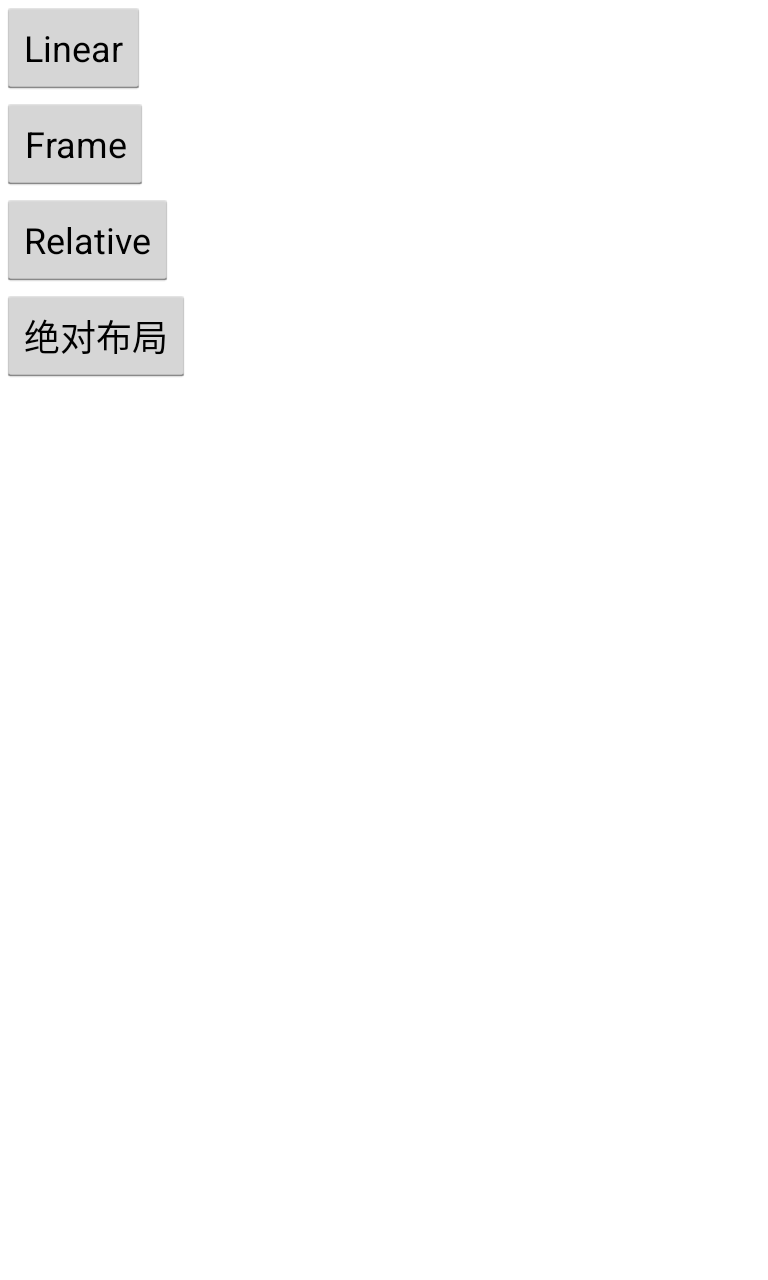
Repository: treizeor/android-examples
Layout: Ch003Layouts/res/layout/linearlayout_main.xml
These files come from the project's save history. The layout is drawn as it stood at one moment and after the next save; the edit follows.
It is drawn on a 768 x 1280 px phone screen (xhdpi) without system bars, with theme AppTheme; the app's code is not run.

Above is the layout before, as saved 2014-06-02 02:45:15.

After the next save:
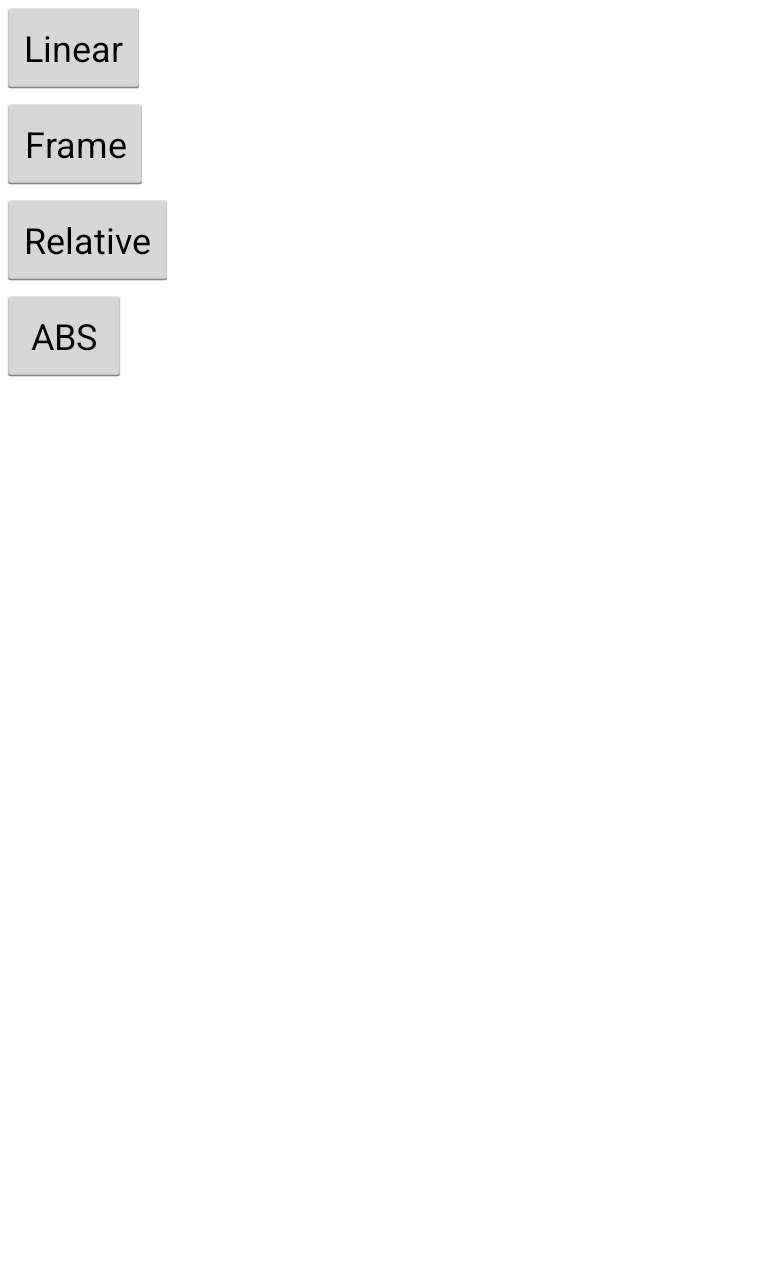
Saved 15 s later.
--- a/Ch003Layouts/res/layout/linearlayout_main.xml
+++ b/Ch003Layouts/res/layout/linearlayout_main.xml
@@ -26,6 +26,6 @@
         android:id="@+id/abs"
         android:layout_width="wrap_content"
         android:layout_height="wrap_content"
-        android:text="绝对布局" />
+        android:text="ABS" />
 
 </LinearLayout>
